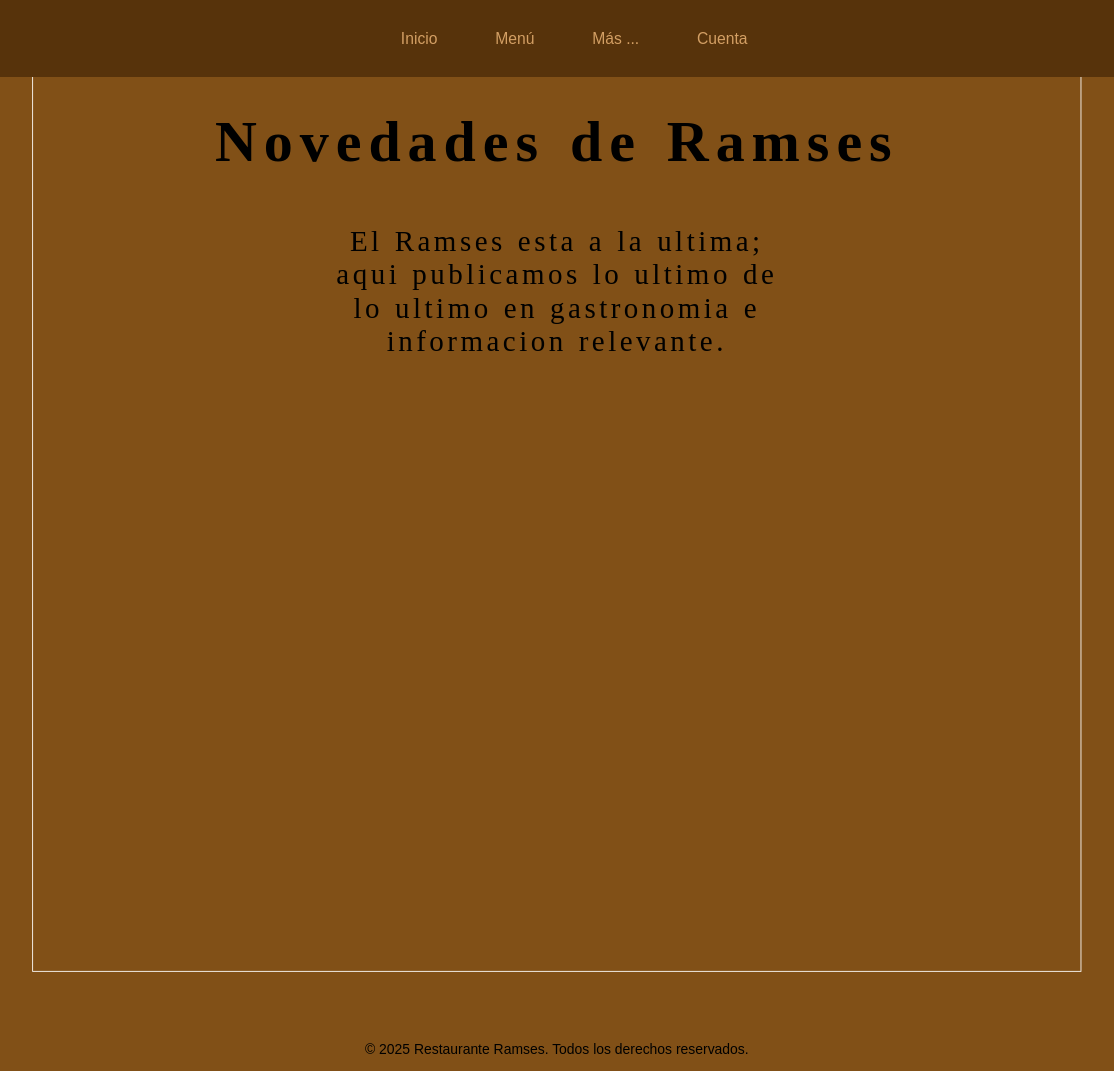
Repository: demoniers/demonIers.github.io
Page: web-lenguajes/src/noticias.html
The author's editor kept a copy of each file at every save. The page is drawn from the files as they stood at one save, then again after the next save.
The browser window is 1280 px wide. The pictures show the whole page, at 87% of full size.
Some web fonts or font styles are not loaded; a fallback is used.

Above is the page before, as saved 2025-01-22 12:09:12.

After the next save:
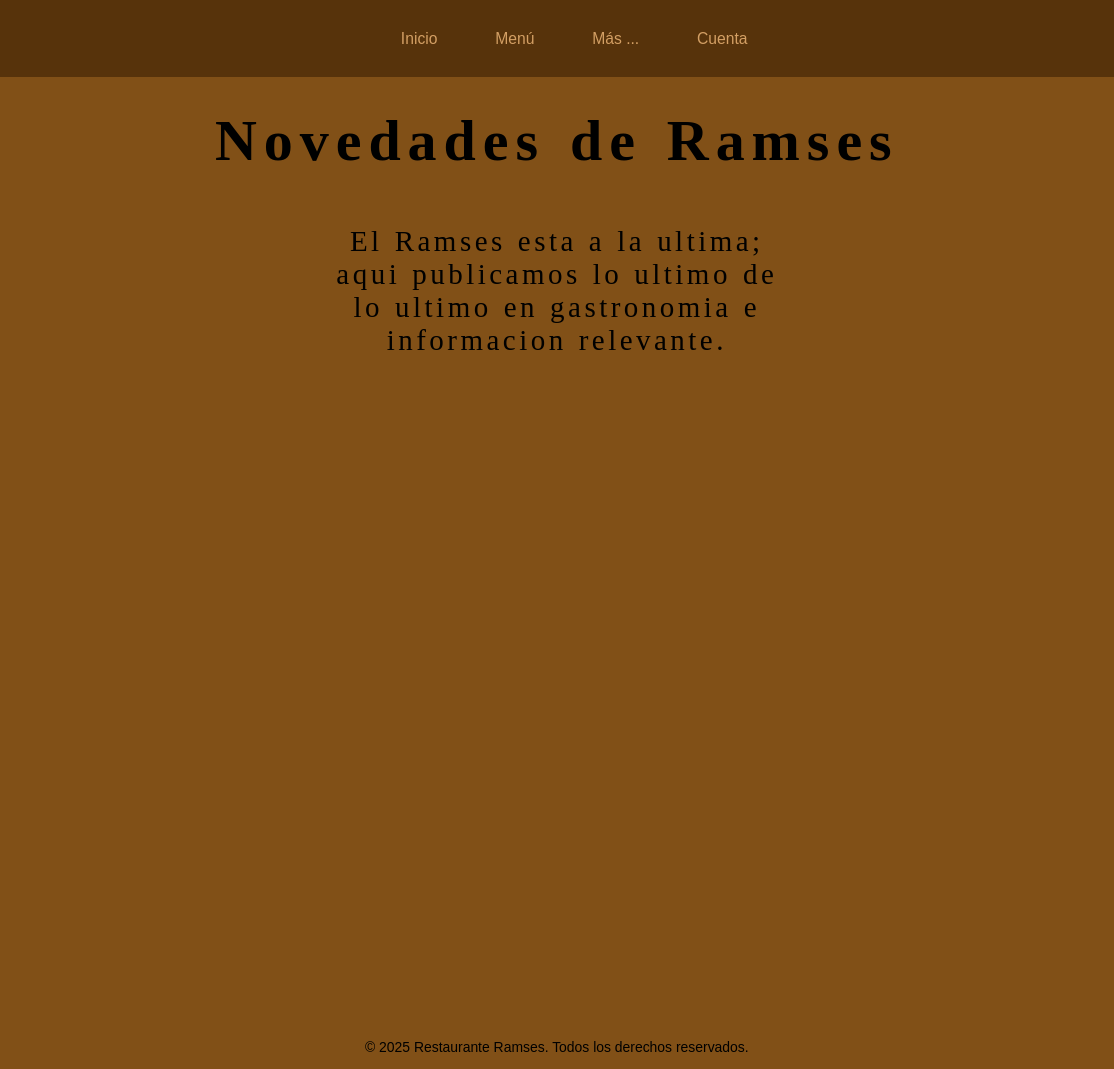
Saved 46 s later.
--- a/web-lenguajes/style/noticias.css
+++ b/web-lenguajes/style/noticias.css
@@ -85,10 +85,8 @@ nav ul li:hover ul {
 /*###############################################################################*/
 
 .container {
-    margin-top: 0px;
     margin: 5%;
     padding: 2%;
-    border: solid white 1px;
     width: 90%;
     height: 1000px;
 }
